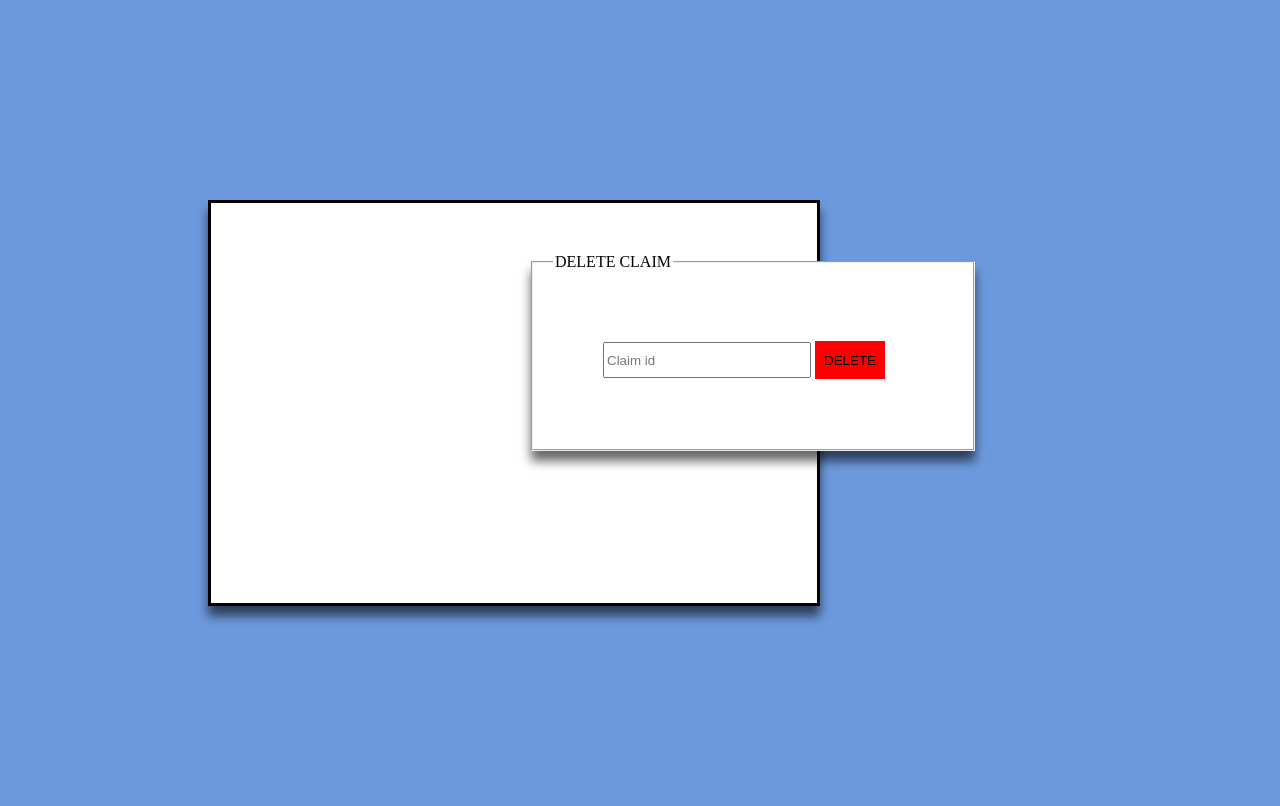
Repository: Nihara-R/Vehicle-Insurance-Portal
Page: http://localhost/delete_claim.php
An editor plug-in stored every save of this project. The page is shown before and after the next save, followed by the edit.
The browser window is 1280 px wide. The pictures show the whole page.
The page is run by PHP 8.4 with error messages shown; the project is at /var/www/html/.

Above is the page before, as saved 2023-06-29 09:03:37.

After the next save:
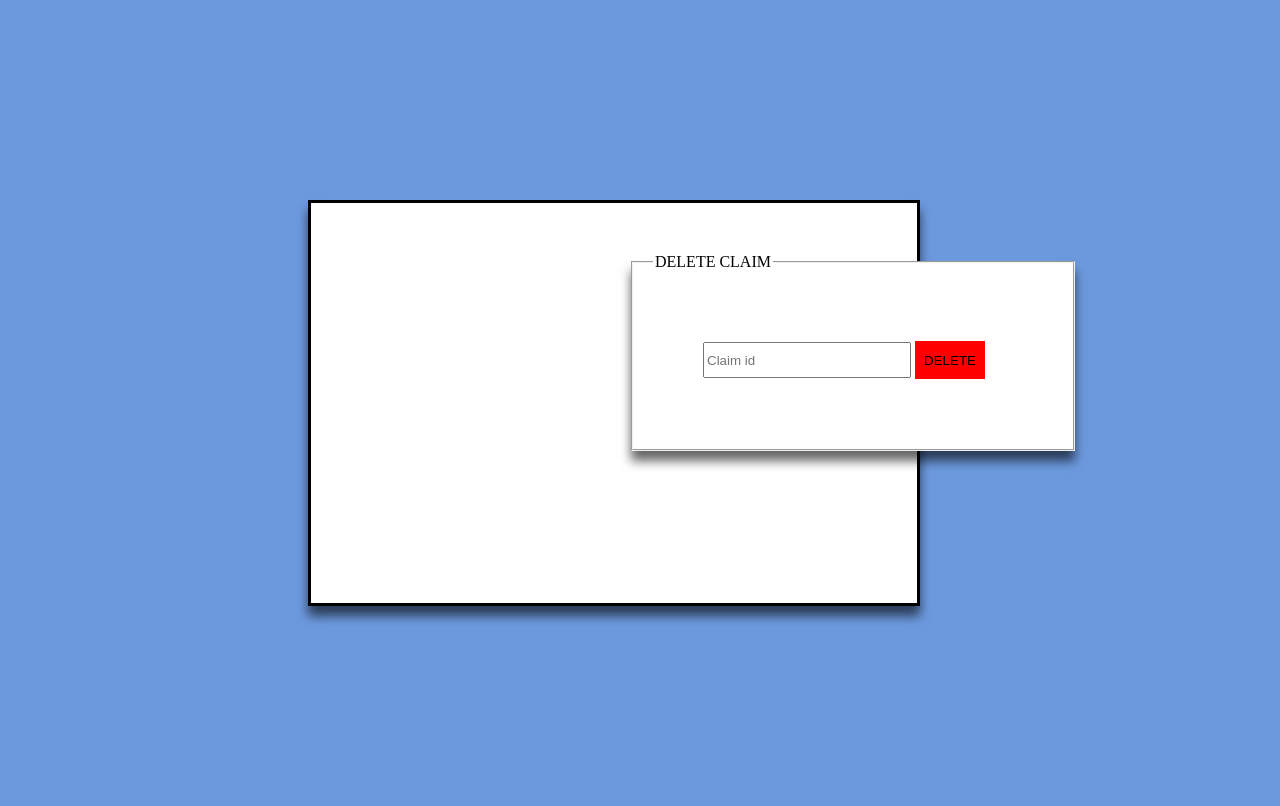
Saved 19 s later.
--- a/css/deletuser.css
+++ b/css/deletuser.css
@@ -6,6 +6,7 @@ margin: 50px;
 }
 .deletebox{
   margin: 200px;
+  margin-left: 300px;
   padding: 50px;
   height: 300px;
   border: 3px solid black;
